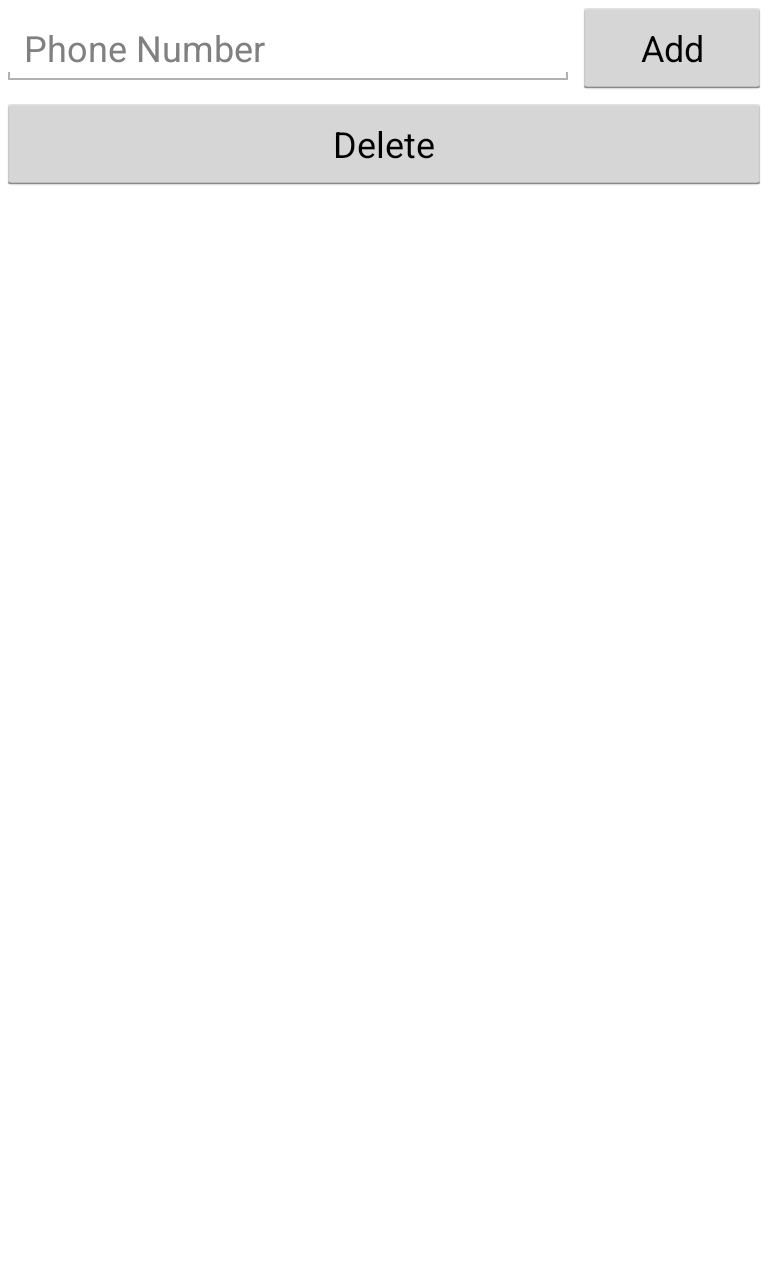
Repository: Liu-D-Henrry/Android
Layout: PhoneBlocker/res/layout/black_list_activity.xml
These files come from the project's save history. The layout is drawn as it stood at one moment and after the next save; the edit follows.
It is drawn on a 768 x 1280 px phone screen (xhdpi) without system bars, with theme AppTheme; the app's code is not run. Lists and similar views that code fills are empty.

Above is the layout before, as saved 2013-09-12 08:13:32.

After the next save:
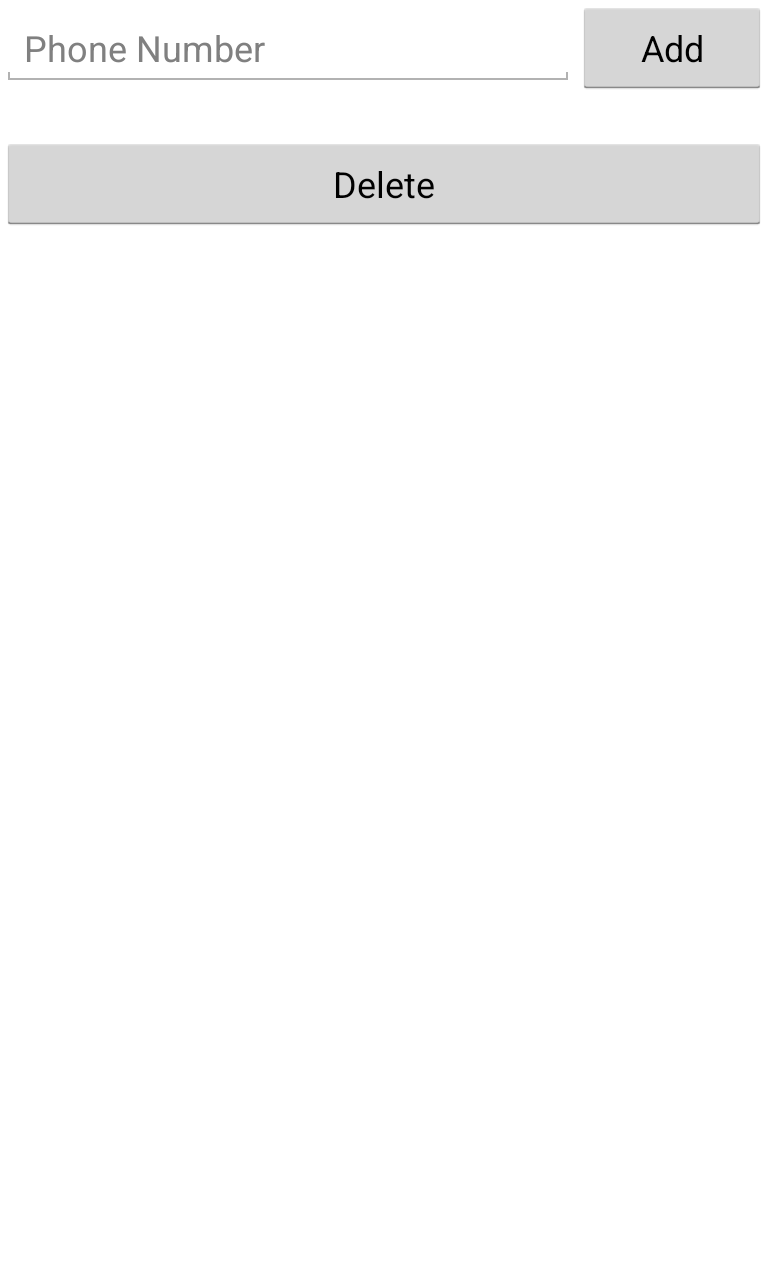
Saved 28 s later.
--- a/PhoneBlocker/res/layout/black_list_activity.xml
+++ b/PhoneBlocker/res/layout/black_list_activity.xml
@@ -28,7 +28,8 @@
     <ListView
         android:id="@+id/blacklist"
         android:layout_width="match_parent"
-        android:layout_height="wrap_content" />
+        android:layout_height="wrap_content"
+        android:layout_marginBottom="20dp" />
 
     <Button
         android:id="@+id/delete"
